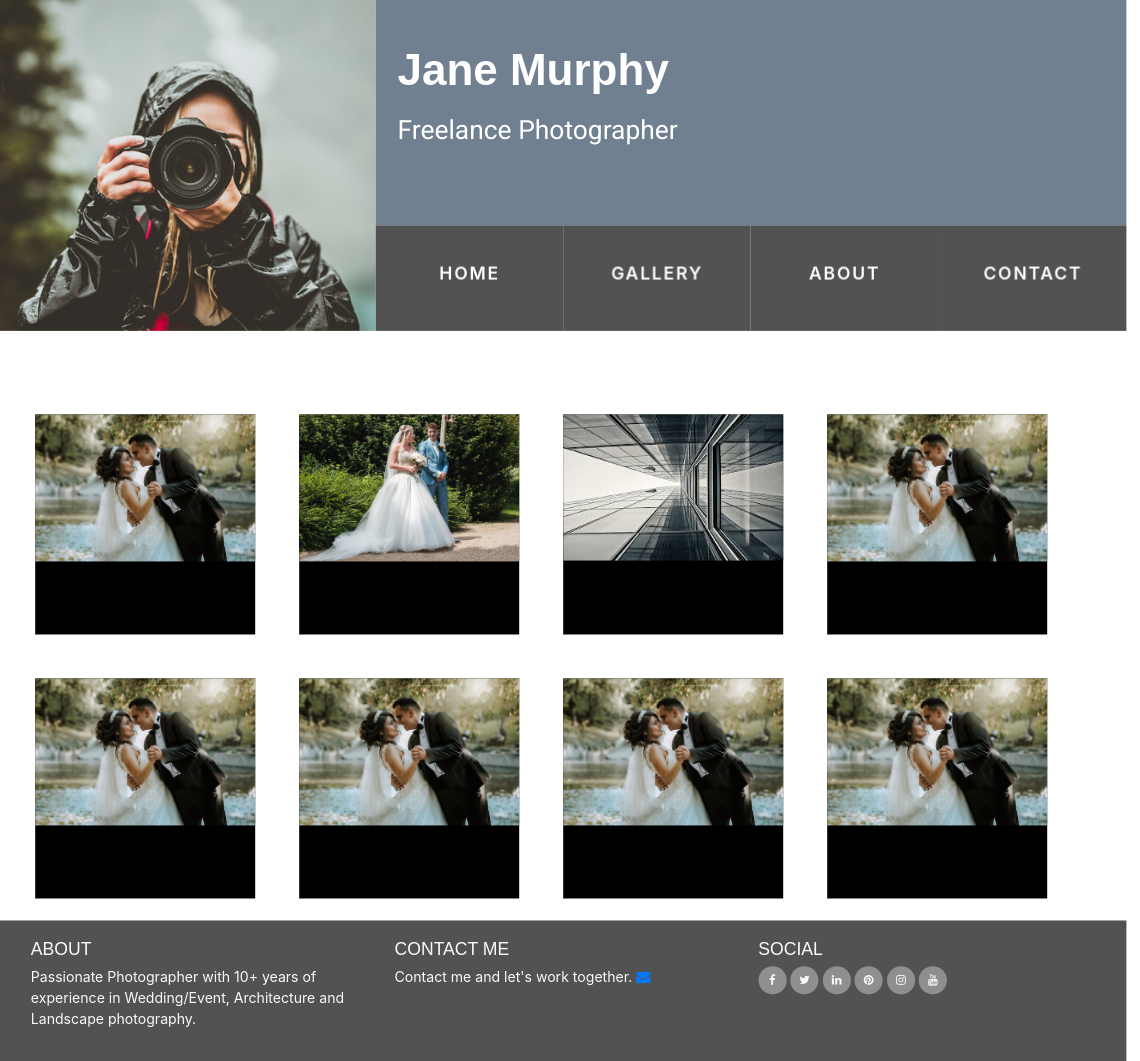
Repository: Code-Institute-Submissions/MrChrisRandall-milestone-1
Page: gallery.html
The author's editor kept a record of every edit. The page is drawn from the files as they stood at one moment, then again after the next edit.
The browser window is 1280 px wide. The page is 1295 px wide, so the pictures cover 1295 px, including what lies to the right of the window. The pictures show the whole page, at 88% of full size.

Above is the page before.

### gallery.html
<!DOCTYPE html>
<html lang="en">

<head>
    <meta charset="UTF-8">
    <meta name="viewport" content="width=device-width, initial-scale=1.0">
    <meta http-equiv="X-UA-Compatible" content="ie=edge">
    <link rel="stylesheet" href="https://stackpath.bootstrapcdn.com/bootstrap/4.3.1/css/bootstrap.min.css" type="text/css" />
    <link rel="stylesheet" href="https://stackpath.bootstrapcdn.com/font-awesome/4.7.0/css/font-awesome.min.css" type="text/css" />
    <link rel="stylesheet" href="https://cdnjs.cloudflare.com/ajax/libs/hover.css/2.3.1/css/hover-min.css" type="text/css" />
    <link rel="stylesheet" href="assets/css/style.css" type="text/css" />
    <title>Studio 21</title>
</head>

<body>
    <header>
        <div class="row no-gutters">
            <a href="index.html" class="col-md-4 logo">

            </a>
            <div class="col-md-8">
                <div class="row no-gutters bg-color-name-title">
                    <div class="col heading">
                        <h1 class="name">Jane Murphy</h1>
                        <h2 class="title">Freelance Photographer</h2>
                    </div>
                </div>
                <div class="row no-gutters">
                    <div class="col">
                        <ul id="nav" class="list-inline menucontainer">
                            <li class="col-6 col-sm-3 ui-menu-color-home list-inline-item menuitem">
                                <a href="index.html" class="hvr-grow-shadow"><span>Home</span></a>
                            </li>
                            <li class="col-6 col-sm-3 ui-menu-color-gallery list-inline-item menuitem">
                                <a href="gallery.html" class="hvr-grow-shadow"><span>Gallery</span></a>
                            </li>
                            <li class="col-6 col-sm-3 ui-menu-color-about list-inline-item menuitem">
                                <a href="about.html" class="hvr-grow-shadow"><span>About</span></a>
                            </li>
                            <li class="col-6 col-sm-3 ui-menu-color-contact list-inline-item menuitem">
                                <a href="contact.html" class="hvr-grow-shadow"><span>Contact</span></a>
                            </li>
                        </ul>
                    </div>
                </div>

            </div>
        </div>

    </header>

    <section class="container-fluid">

        <div class="flex-container">
            <div class="box">
                <div class="imgBox">
                    <img src="assets/images/wedding1.jpg"></img>
                </div>
            </div>
            <div class="box">
                <div class="imgBox">
                    <img src="assets/images/wedding2.jpg"></img>
                </div>
            </div>
            <div class="box">
                <div class="imgBox">
                    <img src="assets/images/a1.jpg"></img>
                </div>
            </div>
            <div class="box">
                <div class="imgBox">
                    <img src="assets/images/wedding1.jpg"></img>
                </div>
            </div>
            <div class="box">
                <div class="imgBox">
                    <img src="assets/images/wedding1.jpg"></img>
                </div>
            </div>
            <div class="box">
                <div class="imgBox">
                    <img src="assets/images/wedding1.jpg"></img>
                </div>
            </div>
            <div class="box">
                <div class="imgBox">
                    <img src="assets/images/wedding1.jpg"></img>
                </div>
            </div>
            <div class="box">
                <div class="imgBox">
                    <img src="assets/images/wedding1.jpg"></img>
                </div>
            </div>
        </div>
    </section>

    <footer class="container-fluid">
        <div id="footer-details" class="row">
            <div class="col-sm-4">
                <h5 class="uppercase general-sub">About</h5>
                <p class="inline-block">
                    Passionate Photographer with 10+ years of experience in Wedding/Event, Architecture and Landscape photography.
                </p>
            </div>
            <div class="col-sm-4">
                <h5 class="uppercase general-sub">Contact Me</h5>
                <p class="inline-block">
                    Contact me and let's work together.
                    <a href="contact.html" class="contant-link">
                        <i class="fa fa-envelope" aria-hidden="true"></i>
                        <span class="sr-only">Contact link.</span>
                    </a>
                </p>
            </div>
            <div class="col-sm-4">
                <h5 class="uppercase general-sub">Social</h5>
                <ul class="list-inline social-links">
                    <li class="list-inline-item">
                        <a target="_blank" href="#">
                            <i class="fa fa-facebook" aria-hidden="true"></i>
                            <span class="sr-only">Facebook</span>
                        </a>
                    </li>
                    <li class="list-inline-item">
                        <a target="_blank" href="#">
                            <i class="fa fa-twitter" aria-hidden="true"></i>
                            <span class="sr-only">Twitter</span>
                        </a>
                    </li>
                    <li class="list-inline-item">
                        <a target="_blank" href="#">
                            <i class="fa fa-linkedin" aria-hidden="true"></i>
                            <span class="sr-only">LinkedIn</span>
                        </a>
                    </li>
                    <li class="list-inline-item">
                        <a target="_blank" href="#">
                            <i class="fa fa-pinterest" aria-hidden="true"></i>
                            <span class="sr-only">Pinterest</span>
                        </a>
                    </li>
                    <li class="list-inline-item">
                        <a target="_blank" href="#">
                            <i class="fa fa-instagram" aria-hidden="true"></i>
                            <span class="sr-only">Instagram</span>
                        </a>
                    </li>
                    <li class="list-inline-item">
                        <a target="_blank" href="#">
                            <i class="fa fa-youtube" aria-hidden="true"></i>
                            <span class="sr-only">YouTube</span>
                        </a>
                    </li>
                </ul>
            </div>
        </div>
    </footer>

</body>

</html>

### assets/css/style.css
@import url('https://fonts.googleapis.com/css?family=Roboto&display=swap:100,200,300,400,500,600,700|Exo:100,200,300,400,500,600,700');


/*--------------------------------------------------Colors*/

.bg-color-name-title {
    background-color: #708090;
}

.ui-menu-color-home {
    background-color: #525252;
}

.ui-menu-color-gallery {
    background-color: #525252;
}

.ui-menu-color-about {
    background-color: #525252;
}

.ui-menu-color-contact {
    background-color: #525252;
}

/*--------------------------------------------------General*/

h1,
h2,
h3,
h4 {
    margin: 0;
}

.uppercase {
    text-transform: uppercase;
}

.general-sub {
    font-family: "Exo", sans-serif;
    font-weight: 300;
    color: #fafafa
}

.inline-block {
    display: inline-block;
}

.row-table {
    display: table;
}

.section-column {
    display: table-cell;
    padding: 0 30px 30px;
    float: none;
}

.history-heading,
.section-heading {
    font-family: "Exo", sans-serif;
    font-weight: 300;
    margin-top: 25px;
    margin-bottom: 40px;
}

/*--------------------------------------------------Header*/

.header {
    margin: 0;
}

.heading {
    margin-left: 25px;
}

.logo {
    background: url(../images/pic.jpg);
    background-position: center;
    background-repeat: no-repeat;
    background-size: cover;
    min-height: 360px;
}

.name {
    font-family: "Exo", sans-serif;
    font-weight: 600;
    font-size: 50px;
    margin-top: 50px;
    color: #fff;
}

.title {
    font-family: "Roboto", sans-serif;
    font-weight: 400;
    font-size: 30px;
    margin-top: 20px;
    margin-bottom: 90px;
    color: #fff;
}

.list-inline-item:not(:last-child) {
    margin: 0;
}

.menucontainer {
    font-size: 0;
}

#nav {
    margin: 0;
}

#nav li {
    font-size: 14px;
    padding: 0;
}

.menuitem {
    height: 120px;
    text-align: center;
    padding: 0;
}

.menuitem a {
    width: 100%;
    text-decoration: none;
    color: #fff;
    height: 120px;
}

.menuitem span {
    display: block;
    width: 100%;
    padding-top: 40px;
    text-align: center;
    text-transform: uppercase;
    font-size: 20px;
    font-weight: 600;
    letter-spacing: 2px;
}

/*--------------------------------------------------Footer*/

footer {
    background-color: #525252;
    color: #fafafa;
    min-height: 120px;
    margin: 0;
}

.contact-link i {
    width: 32px;
    height: 32px;
    padding: 12px 0;
    border-radius: 50%;
    font-size: 13px;
    line-height: 7px;
    text-align: center;
    color: #fafafa;
    background: #8f8f8f;
    transition: all 0.35s ease-in-out;
    -moz-transition: all 0.35s ease-in-out;
    -webkit-transition: all 0.35s ease-in-out;
    -o-transition: all 0.35s ease-in-out;
}

.social-links {
    padding-bottom: 15px;
}

.social-links li a i {
    width: 32px;
    height: 32px;
    padding: 12px 0;
    border-radius: 50%;
    font-size: 13px;
    line-height: 7px;
    text-align: center;
    color: #fafafa;
    background: #8f8f8f;
    transition: all 0.35s ease-in-out;
    -moz-transition: all 0.35s ease-in-out;
    -webkit-transition: all 0.35s ease-in-out;
    -o-transition: all 0.35s ease-in-out;
}

.social-links li a i:hover {
    background: #708090;
}

#footer-details {
    padding: 20px;
}

/*--------------------------------------------------Personal Info*/

.personal-info-item {
    margin-bottom: 20px;
    display: block;
    clear: both;
}

.personal-info-item .key,
.personal-info-item .value {
    padding-right: 8px;
    display: inline-block;
}

.personal-info-item .key p,
.personal-info-item .value p {
    margin: 0;
}

.personal-info-item .key {
    width: 30%;
    margin-right: 21px;
    padding-top: 2px;
    vertical-align: top;
}

.personal-info-item .key p {
    font-weight: 700;
}

.personal-info-item .value {
    position: relative;
    width: 60%;
}

/*--------------------------------------------------Contact Form*/

.contact-heading {
    font-family: "Exo", sans-serif;
    font-weight: 300;
    margin-top: 25px;
    margin-bottom: 20px;
}

.center-form {
    padding-top: 10px;
    margin: 0 auto;
    max-width: 70%;
}

button[type="submit"] {
    margin-top: 15px;
    margin-bottom: 20px;
    color: #fafafa;
    background-color: #e84610;
}

/*--------------------------------------------------Gallery*/

.flex-container {
    width: 1280px;
    min-height: 500px;
    background: #fff;
    margin: 70px auto 0;
    display: flex;
    flex-direction: row;
    flex-wrap: wrap;
}

.flex-container .box {
    position: relative;
    width: 250px;
    height: 250px;
    background: #000000;
    margin: 25px;
    display: inline-block
}

.flex-container .box .imgBox {
    position: relative;
}

.flex-container .box .imgBox img {
    max-width: 100%;
    transform: transition 2s;
}
.flex-container .box:hover .imgBox {

}

After the next edit:
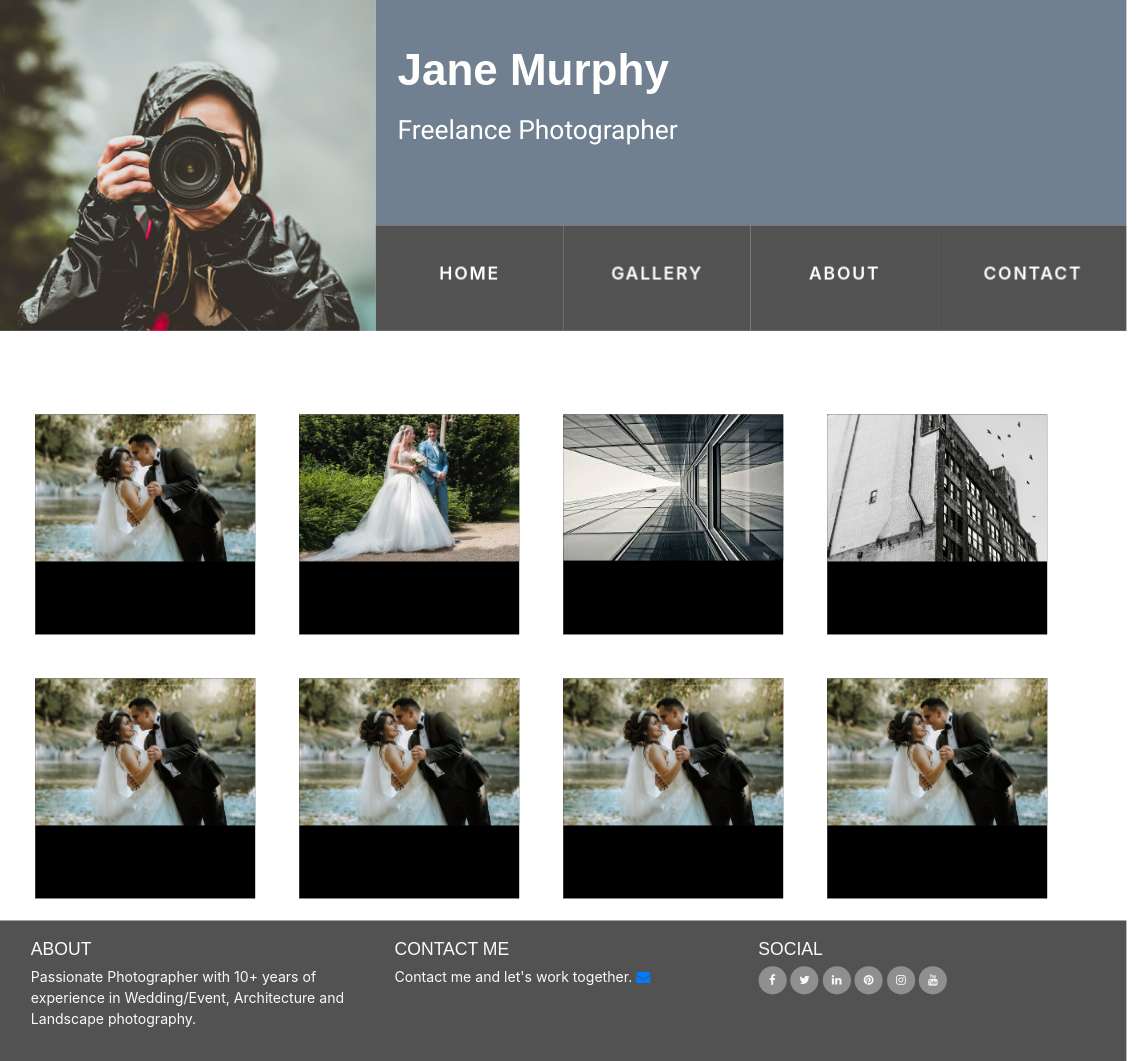
The edit:
--- a/gallery.html
+++ b/gallery.html
@@ -69,7 +69,7 @@
             </div>
             <div class="box">
                 <div class="imgBox">
-                    <img src="assets/images/wedding1.jpg"></img>
+                    <img src="assets/images/a2.jpg"></img>
                 </div>
             </div>
             <div class="box">
